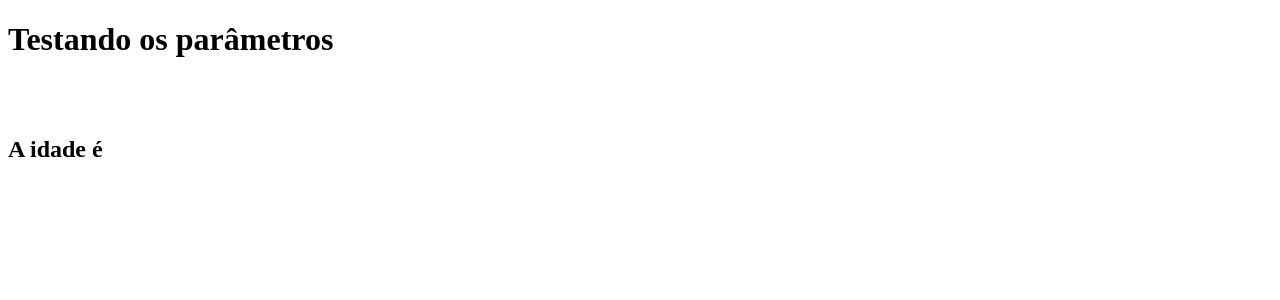
Repository: noceravictor/projetosbs
Page: http://localhost/fj21-agenda/mostra-idade.jsp
The author's editor kept a copy of each file at every save. The page is drawn from the files as they stood at one save, then again after the next save.
The browser window is 1280 px wide. The pictures show the whole page.
The page is served by Tomcat 9. Other server files are loaded and not shown.

Above is the page before, as saved 2019-03-19 15:37:42.

### fj21-agenda/WebContent/mostra-idade.jsp
<%@ page language="java" contentType="text/html; charset=UTF-8"
    pageEncoding="UTF-8"%>
<!DOCTYPE html>
<html>
<head>
<meta charset="UTF-8">
<title>Mostrar a idade</title>
</head>
<body>
	<h1>Testando os parâmetros</h1>
	<br />
	<br />
	<h2>A idade é ${param.idade}</h2>
</body>
</html>

After the next save:
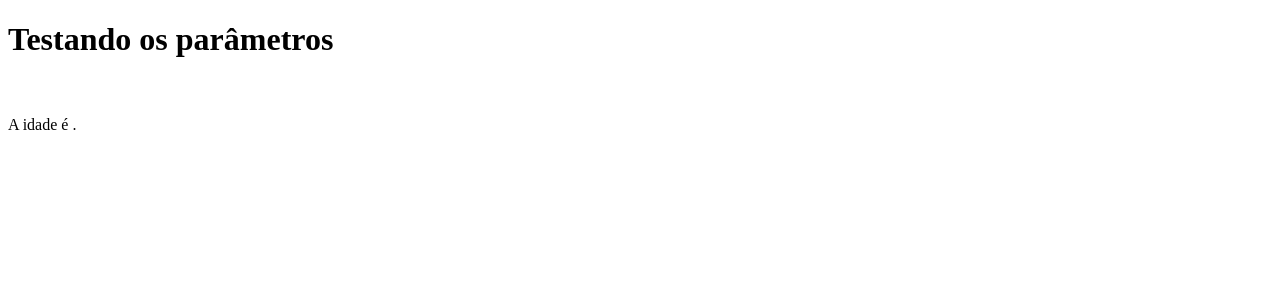
Saved 11 s later.
--- a/fj21-agenda/WebContent/mostra-idade.jsp
+++ b/fj21-agenda/WebContent/mostra-idade.jsp
@@ -10,6 +10,6 @@
 	<h1>Testando os parâmetros</h1>
 	<br />
 	<br />
-	<h2>A idade é ${param.idade}</h2>
+	A idade é ${param.idade}.
 </body>
 </html>
